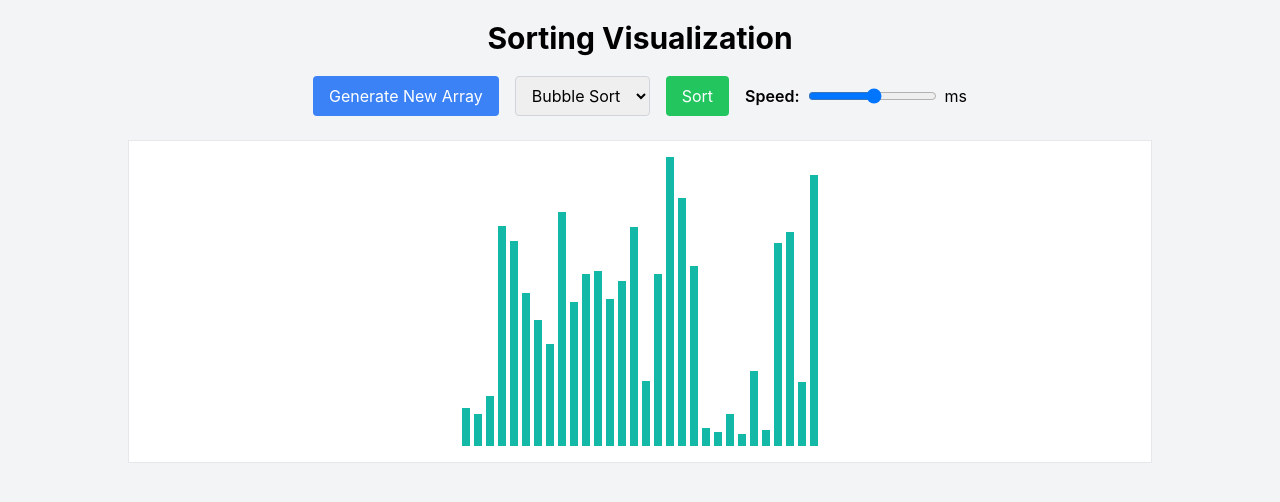
Repository: Tarunkasliwal/sortingvisualizer
Page: /
An editor plug-in stored every save of this project. The page is shown before and after the next save, followed by the edit.
The browser window is 1280 px wide. The pictures show the whole page.
The project was rebuilt for these pictures with package versions that can differ from the ones it lists, and the page was loaded fresh each time.

Above is the page before, as saved 2024-12-22 16:38:29.

### src/index.js
import React from 'react';
import ReactDOM from 'react-dom/client';
// Import the Tailwind-enabled CSS file
import './index.css';
import App from './App';

const root = ReactDOM.createRoot(document.getElementById('root'));
root.render(
  <React.StrictMode>
    <App />
  </React.StrictMode>
);

### src/App.js
import React from 'react';
import Visualization from './components/Visualization';

function App() {
  return (
    <div className="text-center min-h-screen bg-gray-100">
      <h1 className="text-3xl font-bold py-5">Sorting Visualization</h1>
      <Visualization />
    </div>
  );
}

export default App;

### src/components/Visualization.js
import React, { useState, useEffect } from 'react';
import Header from './Header';
import ArrayBarContainer from './ArrayBarContainer';

// Import default exports from each algorithm
import bubbleSort from '../algorithms/bubbleSort.js';
import mergeSort from '../algorithms/mergeSort';
import quickSort from '../algorithms/quickSort';
import heapSort from '../algorithms/heapSort';

function Visualization() {
  const [array, setArray] = useState([]);
  const [algorithm, setAlgorithm] = useState('bubble');
  const [isSorting, setIsSorting] = useState(false);

  // Generate an initial array on mount
  useEffect(() => {
    generateNewArray();
  }, []);

  // Generate a new random array
  function generateNewArray() {
    if (isSorting) return; // Guard: do not allow new array during sorting

    const newArr = [];
    for (let i = 0; i < 30; i++) {
      newArr.push(randomIntFromInterval(5, 300));
    }
    setArray(newArr);
  }

  function sort() {
    if (isSorting) return; // Guard: do not sort if already sorting
    setIsSorting(true);

    let animations = [];
    switch (algorithm) {
      case 'bubble':
        animations = bubbleSort(array);
        break;
      case 'merge':
        animations = mergeSort(array);
        break;
      case 'quick':
        animations = quickSort(array);
        break;
      case 'heap':
        animations = heapSort(array);
        break;
      default:
        break;
    }
    animateSorting(animations);
  }

  // Animate the sorting steps
  function animateSorting(animations) {
    const arrayBars = document.getElementsByClassName('array-bar');
    if (!arrayBars.length) return; // Guard: no bars?

    // We'll go through each animation, scheduling with setTimeout
    for (let i = 0; i < animations.length; i++) {
      const animation = animations[i];

      setTimeout(() => {
        if (animation.type === 'compare') {
          // Destructure indices
          const [barOneIdx, barTwoIdx] = animation.indices;

          // Guard checks to ensure these bars exist
          if (
            !arrayBars[barOneIdx] ||
            !arrayBars[barTwoIdx]
          ) {
            return;
          }

          // Highlight bars
          arrayBars[barOneIdx].style.backgroundColor = 'red';
          arrayBars[barTwoIdx].style.backgroundColor = 'red';

          // Revert color after a short delay
          setTimeout(() => {
            if (arrayBars[barOneIdx]) {
              arrayBars[barOneIdx].style.backgroundColor = 'teal';
            }
            if (arrayBars[barTwoIdx]) {
              arrayBars[barTwoIdx].style.backgroundColor = 'teal';
            }
          }, 100);
        }
        else if (animation.type === 'swap') {
          const [barOneIdx, barTwoIdx] = animation.indices;
          const [newHeight1, newHeight2] = animation.values;

          // Guard checks
          if (!arrayBars[barOneIdx] || !arrayBars[barTwoIdx]) {
            return;
          }

          arrayBars[barOneIdx].style.height = `${newHeight1}px`;
          arrayBars[barTwoIdx].style.height = `${newHeight2}px`;
        }
        else if (animation.type === 'overwrite') {
          // Merge sort uses "overwrite"
          const { index, value } = animation;

          if (!arrayBars[index]) {
            return;
          }

          arrayBars[index].style.height = `${value}px`;
        }

        // If we’re on the last animation, re-enable buttons
        if (i === animations.length - 1) {
          setTimeout(() => {
            setIsSorting(false);
          }, 200);
        }
      }, i * 40);
    }
  }

  // Utility
  function randomIntFromInterval(min, max) {
    return Math.floor(Math.random() * (max - min + 1) + min);
  }

  return (
    <div>
      <Header
        onGenerateArray={generateNewArray}
        onSort={sort}
        onAlgorithmChange={setAlgorithm}
        algorithm={algorithm}
        isSorting={isSorting}
      />
      <ArrayBarContainer array={array} />
    </div>
  );
}

export default Visualization;

### src/components/Header.js
import React from 'react';

function Header({
  onGenerateArray,
  onSort,
  onAlgorithmChange,
  algorithm,
  isSorting,
  animationSpeed,
  setAnimationSpeed,
}) {
  return (
    <div className="flex flex-col md:flex-row items-center justify-center gap-4 mb-6">
      {/* Generate button */}
      <button
        onClick={onGenerateArray}
        disabled={isSorting}
        className={`px-4 py-2 rounded ${
          isSorting
            ? 'bg-blue-300 cursor-not-allowed'
            : 'bg-blue-500 hover:bg-blue-600'
        } text-white transition`}
      >
        Generate New Array
      </button>

      {/* Algorithm dropdown */}
      <select
        value={algorithm}
        onChange={(e) => onAlgorithmChange(e.target.value)}
        disabled={isSorting}
        className="px-3 py-2 border border-gray-300 rounded"
      >
        <option value="bubble">Bubble Sort</option>
        <option value="merge">Merge Sort</option>
        <option value="quick">Quick Sort</option>
        <option value="heap">Heap Sort</option>
      </select>

      {/* Sort button */}
      <button
        onClick={onSort}
        disabled={isSorting}
        className={`px-4 py-2 rounded ${
          isSorting
            ? 'bg-green-300 cursor-not-allowed'
            : 'bg-green-500 hover:bg-green-600'
        } text-white transition`}
      >
        Sort
      </button>

      {/* Speed slider */}
      <div className="flex items-center space-x-2">
        <label className="font-semibold">Speed:</label>
        <input
          type="range"
          min="10"
          max="300"
          step="10"
          value={animationSpeed}
          onChange={(e) => setAnimationSpeed(Number(e.target.value))}
          disabled={isSorting}
          className="cursor-pointer"
        />
        <span>{animationSpeed} ms</span>
      </div>
    </div>
  );
}

export default Header;

### src/components/ArrayBarContainer.js
import React from 'react';

function ArrayBarContainer({ array }) {
  return (
    <div className="flex items-end justify-center gap-1 mx-auto max-w-5xl border p-4 bg-white">
      {array.map((value, idx) => (
        <div
          key={idx}
          className="array-bar bg-teal-500 w-2"
          style={{ height: `${value}px` }}
        ></div>
      ))}
    </div>
  );
}

export default ArrayBarContainer;

### src/algorithms/bubbleSort.js
export default function bubbleSort(array) {
    const animations = [];
    let arr = array.slice();
    let n = arr.length;
    let swapped;

    for (let i = 0; i < n - 1; i++) {
      swapped = false;
      for (let j = 0; j < n - i - 1; j++) {
        // Compare
        animations.push({ type: 'compare', indices: [j, j + 1] });

        if (arr[j] > arr[j + 1]) {
          // Swap
          [arr[j], arr[j + 1]] = [arr[j + 1], arr[j]];
          animations.push({
            type: 'swap',
            indices: [j, j + 1],
            values: [arr[j], arr[j + 1]],
          });
          swapped = true;
        }
      }
      if (!swapped) break; // Optimization
    }
    return animations;
  }

### src/algorithms/mergeSort.js
export default function mergeSort(array) {
    const animations = [];
    const auxArray = array.slice();

    mergeSortHelper(array, 0, array.length - 1, auxArray, animations);
    return animations;
  }

  function mergeSortHelper(mainArray, startIdx, endIdx, auxArray, animations) {
    if (startIdx >= endIdx) return;
    const midIdx = Math.floor((startIdx + endIdx) / 2);
    mergeSortHelper(auxArray, startIdx, midIdx, mainArray, animations);
    mergeSortHelper(auxArray, midIdx + 1, endIdx, mainArray, animations);
    doMerge(mainArray, startIdx, midIdx, endIdx, auxArray, animations);
  }

  function doMerge(mainArray, startIdx, midIdx, endIdx, auxArray, animations) {
    let k = startIdx;
    let i = startIdx;
    let j = midIdx + 1;

    while (i <= midIdx && j <= endIdx) {
      // Compare
      animations.push({ type: 'compare', indices: [i, j] });
      if (auxArray[i] <= auxArray[j]) {
        // Overwrite
        animations.push({
          type: 'overwrite',
          index: k,
          value: auxArray[i],
        });
        mainArray[k++] = auxArray[i++];
      } else {
        animations.push({
          type: 'overwrite',
          index: k,
          value: auxArray[j],
        });
        mainArray[k++] = auxArray[j++];
      }
    }

    // Copy remaining left side
    while (i <= midIdx) {
      animations.push({ type: 'compare', indices: [i, i] });
      animations.push({ type: 'overwrite', index: k, value: auxArray[i] });
      mainArray[k++] = auxArray[i++];
    }

    // Copy remaining right side
    while (j <= endIdx) {
      animations.push({ type: 'compare', indices: [j, j] });
      animations.push({ type: 'overwrite', index: k, value: auxArray[j] });
      mainArray[k++] = auxArray[j++];
    }
  }

### src/algorithms/quickSort.js
export default function quickSort(array) {
    const animations = [];
    let arr = array.slice();
    quickSortHelper(arr, 0, arr.length - 1, animations);
    return animations;
  }

  function quickSortHelper(arr, left, right, animations) {
    if (left < right) {
      const pivotIndex = partition(arr, left, right, animations);
      quickSortHelper(arr, left, pivotIndex - 1, animations);
      quickSortHelper(arr, pivotIndex + 1, right, animations);
    }
  }

  function partition(arr, left, right, animations) {
    let pivot = arr[right];
    let i = left - 1;

    for (let j = left; j < right; j++) {
      // Compare
      animations.push({ type: 'compare', indices: [j, right] });
      if (arr[j] < pivot) {
        i++;
        [arr[i], arr[j]] = [arr[j], arr[i]];
        // Swap
        animations.push({
          type: 'swap',
          indices: [i, j],
          values: [arr[i], arr[j]],
        });
      }
    }

    // Final pivot swap
    [arr[i + 1], arr[right]] = [arr[right], arr[i + 1]];
    animations.push({
      type: 'swap',
      indices: [i + 1, right],
      values: [arr[i + 1], arr[right]],
    });

    return i + 1;
  }

### src/algorithms/heapSort.js
export default function heapSort(array) {
    const animations = [];
    let arr = array.slice();
    let n = arr.length;

    // Build max heap
    for (let i = Math.floor(n / 2) - 1; i >= 0; i--) {
      heapify(arr, n, i, animations);
    }

    // Extract elements from heap
    for (let i = n - 1; i > 0; i--) {
      // Swap root with end
      animations.push({
        type: 'swap',
        indices: [0, i],
        values: [arr[i], arr[0]],
      });
      [arr[0], arr[i]] = [arr[i], arr[0]];
      heapify(arr, i, 0, animations);
    }

    return animations;
  }

  function heapify(arr, n, i, animations) {
    let largest = i;
    let left = 2 * i + 1;
    let right = 2 * i + 2;

    // Compare left child
    if (left < n) {
      animations.push({ type: 'compare', indices: [left, largest] });
      if (arr[left] > arr[largest]) {
        largest = left;
      }
    }
    // Compare right child
    if (right < n) {
      animations.push({ type: 'compare', indices: [right, largest] });
      if (arr[right] > arr[largest]) {
        largest = right;
      }
    }

    if (largest !== i) {
      animations.push({
        type: 'swap',
        indices: [i, largest],
        values: [arr[largest], arr[i]],
      });
      [arr[i], arr[largest]] = [arr[largest], arr[i]];
      heapify(arr, n, largest, animations);
    }
  }

### tailwind.config.js
/** @type {import('tailwindcss').Config} */
module.exports = {
  content: [
    "./src/**/*.{js,jsx,ts,tsx}",  // ensure all these file types are scanned
  ],
  theme: {
    extend: {},
  },
  plugins: [],
}

Loaded but not shown: public/index.html (common file); src/index.css (common file)

After the next save:
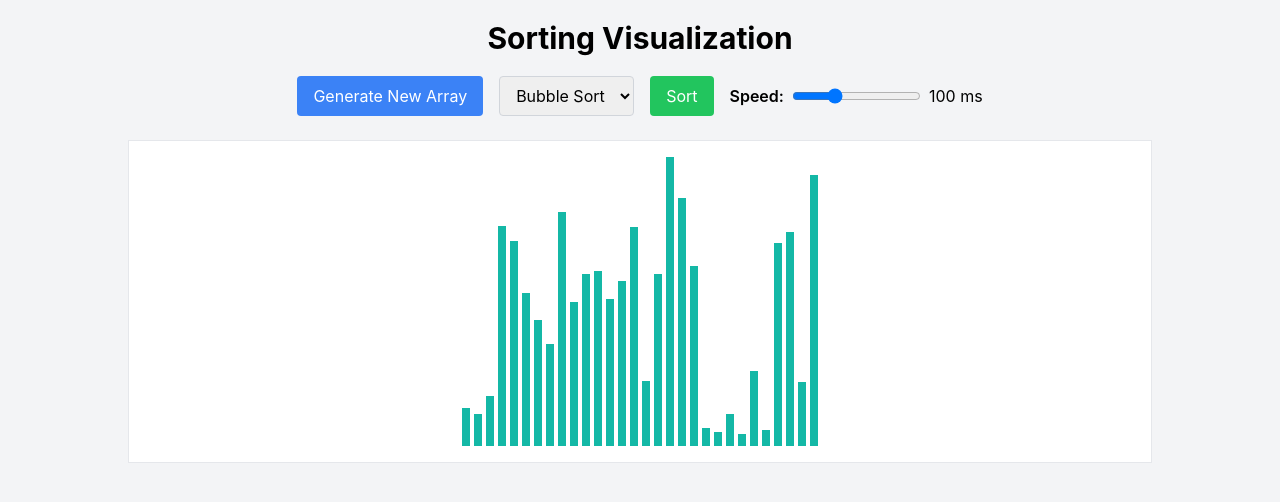
Saved 9 s later.
--- a/src/components/Visualization.js
+++ b/src/components/Visualization.js
@@ -2,8 +2,7 @@ import React, { useState, useEffect } from 'react';
 import Header from './Header';
 import ArrayBarContainer from './ArrayBarContainer';
 
-// Import default exports from each algorithm
-import bubbleSort from '../algorithms/bubbleSort.js';
+import bubbleSort from '../algorithms/bubbleSort';
 import mergeSort from '../algorithms/mergeSort';
 import quickSort from '../algorithms/quickSort';
 import heapSort from '../algorithms/heapSort';
@@ -13,14 +12,15 @@ function Visualization() {
   const [algorithm, setAlgorithm] = useState('bubble');
   const [isSorting, setIsSorting] = useState(false);
 
-  // Generate an initial array on mount
+  // Speed in milliseconds for the animation delay
+  const [animationSpeed, setAnimationSpeed] = useState(100);
+
   useEffect(() => {
     generateNewArray();
   }, []);
 
-  // Generate a new random array
   function generateNewArray() {
-    if (isSorting) return; // Guard: do not allow new array during sorting
+    if (isSorting) return; // Don't allow changing array mid-sort
 
     const newArr = [];
     for (let i = 0; i < 30; i++) {
@@ -30,7 +30,7 @@ function Visualization() {
   }
 
   function sort() {
-    if (isSorting) return; // Guard: do not sort if already sorting
+    if (isSorting) return;
     setIsSorting(true);
 
     let animations = [];
@@ -53,33 +53,26 @@ function Visualization() {
     animateSorting(animations);
   }
 
-  // Animate the sorting steps
   function animateSorting(animations) {
     const arrayBars = document.getElementsByClassName('array-bar');
-    if (!arrayBars.length) return; // Guard: no bars?
+    if (!arrayBars.length) return;
 
-    // We'll go through each animation, scheduling with setTimeout
     for (let i = 0; i < animations.length; i++) {
       const animation = animations[i];
 
+      // Each step is delayed by i * animationSpeed
       setTimeout(() => {
         if (animation.type === 'compare') {
-          // Destructure indices
           const [barOneIdx, barTwoIdx] = animation.indices;
 
-          // Guard checks to ensure these bars exist
-          if (
-            !arrayBars[barOneIdx] ||
-            !arrayBars[barTwoIdx]
-          ) {
-            return;
-          }
+          // Guard checks
+          if (!arrayBars[barOneIdx] || !arrayBars[barTwoIdx]) return;
 
-          // Highlight bars
+          // Highlight them in red
           arrayBars[barOneIdx].style.backgroundColor = 'red';
           arrayBars[barTwoIdx].style.backgroundColor = 'red';
 
-          // Revert color after a short delay
+          // Revert after a short delay
           setTimeout(() => {
             if (arrayBars[barOneIdx]) {
               arrayBars[barOneIdx].style.backgroundColor = 'teal';
@@ -87,42 +80,61 @@ function Visualization() {
             if (arrayBars[barTwoIdx]) {
               arrayBars[barTwoIdx].style.backgroundColor = 'teal';
             }
-          }, 100);
+          }, animationSpeed / 2);
         }
         else if (animation.type === 'swap') {
           const [barOneIdx, barTwoIdx] = animation.indices;
           const [newHeight1, newHeight2] = animation.values;
 
-          // Guard checks
-          if (!arrayBars[barOneIdx] || !arrayBars[barTwoIdx]) {
-            return;
-          }
+          if (!arrayBars[barOneIdx] || !arrayBars[barTwoIdx]) return;
 
+          // (Optional) highlight in a different color
+          arrayBars[barOneIdx].style.backgroundColor = 'blue';
+          arrayBars[barTwoIdx].style.backgroundColor = 'blue';
+
+          // Swap their heights
           arrayBars[barOneIdx].style.height = `${newHeight1}px`;
           arrayBars[barTwoIdx].style.height = `${newHeight2}px`;
+
+          // Revert color
+          setTimeout(() => {
+            if (arrayBars[barOneIdx]) {
+              arrayBars[barOneIdx].style.backgroundColor = 'teal';
+            }
+            if (arrayBars[barTwoIdx]) {
+              arrayBars[barTwoIdx].style.backgroundColor = 'teal';
+            }
+          }, animationSpeed / 2);
         }
         else if (animation.type === 'overwrite') {
-          // Merge sort uses "overwrite"
+          // Typically used by merge sort
           const { index, value } = animation;
+          if (!arrayBars[index]) return;
 
-          if (!arrayBars[index]) {
-            return;
-          }
+          // Highlight
+          arrayBars[index].style.backgroundColor = 'orange';
 
+          // Overwrite height
           arrayBars[index].style.height = `${value}px`;
+
+          // Revert color
+          setTimeout(() => {
+            if (arrayBars[index]) {
+              arrayBars[index].style.backgroundColor = 'teal';
+            }
+          }, animationSpeed / 2);
         }
 
-        // If we’re on the last animation, re-enable buttons
+        // If we're at the last animation, re-enable the buttons
         if (i === animations.length - 1) {
           setTimeout(() => {
             setIsSorting(false);
-          }, 200);
+          }, animationSpeed);
         }
-      }, i * 40);
+      }, i * animationSpeed);
     }
   }
 
-  // Utility
   function randomIntFromInterval(min, max) {
     return Math.floor(Math.random() * (max - min + 1) + min);
   }
@@ -135,6 +147,8 @@ function Visualization() {
         onAlgorithmChange={setAlgorithm}
         algorithm={algorithm}
         isSorting={isSorting}
+        animationSpeed={animationSpeed}
+        setAnimationSpeed={setAnimationSpeed}
       />
       <ArrayBarContainer array={array} />
     </div>
